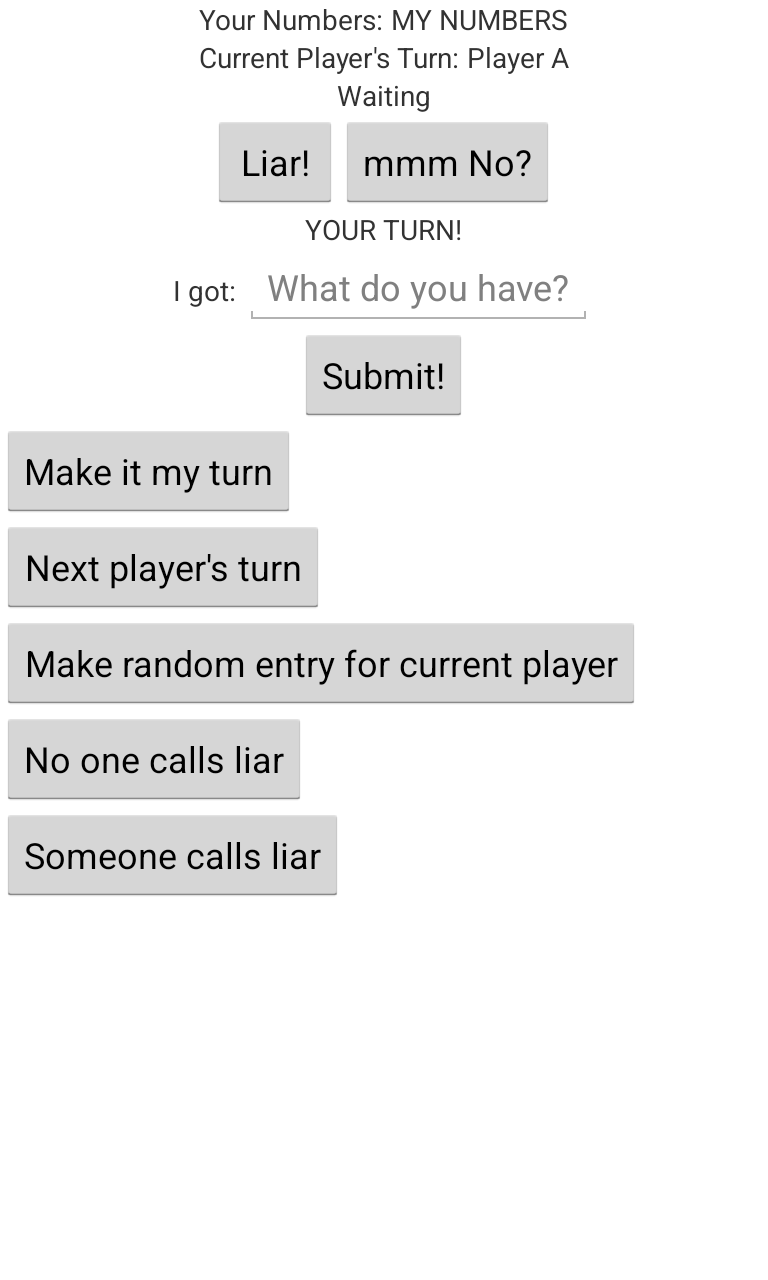
Repository: RayyLim/LiarPoker
Layout: LiarPoker/res/layout/gameroom_main.xml
An editor plug-in stored every save of this project. The layout is shown before and after the next save, followed by the edit.
It is drawn on a 768 x 1280 px phone screen (xhdpi) without system bars, with theme AppTheme; the app's code is not run.

Above is the layout before, as saved 2012-07-22 10:05:32.

### LiarPoker/res/layout/gameroom_main.xml
<?xml version="1.0" encoding="utf-8"?>
<LinearLayout xmlns:android="http://schemas.android.com/apk/res/android"
	android:layout_width="match_parent" android:layout_height="match_parent"
	android:orientation="vertical">

	<LinearLayout android:layout_width="wrap_content"
		android:layout_height="wrap_content"
		android:layout_gravity="center_horizontal">
		<TextView android:id="@+id/meLabel" android:layout_width="wrap_content"
			android:layout_height="wrap_content" android:text="Your Numbers: " />

		<TextView android:id="@+id/mynumbersLabel"
			android:layout_width="wrap_content" android:layout_height="wrap_content"
			android:text="MY NUMBERS" />
	</LinearLayout>

	<LinearLayout
	    android:id="@+id/notMyTurnLayout"
	    android:layout_width="wrap_content"
		android:layout_height="wrap_content"
		android:layout_gravity="center_horizontal"
		android:orientation="vertical"
	    >
	<LinearLayout android:layout_width="wrap_content"
		android:layout_height="wrap_content"
		android:layout_gravity="center_horizontal">
				<TextView
			android:layout_width="wrap_content" android:layout_height="wrap_content"
			android:text="Current Player's Turn: " />
		<TextView android:id="@+id/currentPlayerLabel"
			android:layout_width="wrap_content" android:layout_height="wrap_content"
			android:text="Player A" />



	</LinearLayout>
			<TextView android:id="@+id/currentPlayerHasLabel"
			android:layout_width="wrap_content" android:layout_height="wrap_content"
			android:text="Waiting"
			        android:layout_gravity="center_horizontal"
			        />



			<LinearLayout
			    android:layout_width="wrap_content"
			    android:layout_height="wrap_content"
			            android:layout_gravity="center_horizontal">
					<Button
			    android:id="@+id/liarButton"
			    android:layout_width="wrap_content"
			    android:layout_height="wrap_content"
			    android:text="Liar!"
			    />
								<Button
			    android:id="@+id/notLiarButton"
			    android:layout_width="wrap_content"
			    android:layout_height="wrap_content"
			    android:text="mmm No?" />
			</LinearLayout>
			</LinearLayout>

	<LinearLayout
	    android:id="@+id/myTurnLayout"
	    android:layout_gravity="center_horizontal"
	    android:layout_width="wrap_content"
	    android:layout_height="wrap_content"
	    android:orientation="vertical" >
			<TextView
			android:layout_width="wrap_content" android:layout_height="wrap_content"
			android:layout_gravity="center_horizontal"
			android:text="YOUR TURN!" />
				<LinearLayout
	    android:layout_width="wrap_content"
	    android:layout_height="wrap_content"
	    android:layout_gravity="center_horizontal"
	    android:orientation="horizontal" >
			<TextView
			android:layout_width="wrap_content" android:layout_height="wrap_content"

			android:text="I got: " />

			<EditText android:id="@+id/igot"
        android:layout_weight="1"
        android:layout_width="wrap_content"
        android:layout_height="wrap_content"
        android:hint="@string/igot_message" />
<!-- Make i got extend all the way. Also make it only take number inputs ... actually should be more restricted... 4 of 9 or something like that. Also need to make your turn stuff disappear when not my turn... -->
<!--  submit button should not be enabled.. until edit text is filled out... -->
	</LinearLayout>
				<Button
			    android:id="@+id/submitButton"
			    android:layout_width="wrap_content"
			    android:layout_height="wrap_content"
			    android:layout_gravity="center_horizontal"
			    android:text="Submit!"
			    android:onClick="submit"/>
	</LinearLayout>

			<Button
			    android:id="@+id/testMyTurn"
			    android:layout_width="wrap_content"
			    android:layout_height="wrap_content"
			    android:text="Make it my turn"
			    android:onClick="fakeMyTurn"/>

			<Button
			    android:id="@+id/testNextPlayerTurn"
			    android:layout_width="wrap_content"
			    android:layout_height="wrap_content"
			    android:text="Next player's turn"
			    android:onClick="fakeNewCurrentPlayer"
			    />


						<Button
			    android:id="@+id/testRandomEntryForPlayer"
			    android:layout_width="wrap_content"
			    android:layout_height="wrap_content"
			    android:text="Make random entry for current player"
			    android:onClick="fakeRandomCurrentPlayerHas"/>

												<Button
			    android:id="@+id/fakeNoOneCallsLiar"
			    android:layout_width="wrap_content"
			    android:layout_height="wrap_content"
			    android:text="No one calls liar"
			    android:onClick="fakeNoOneCallsLiar"/>

																								<Button
			    android:id="@+id/fakeSomeoneCallsLiar"
			    android:layout_width="wrap_content"
			    android:layout_height="wrap_content"
			    android:text="Someone calls liar"
			    android:onClick="fakeSomeoneCallsLiar"/>

</LinearLayout>

### LiarPoker/res/values/strings.xml
<resources>

    <string name="app_name">LiarPoker</string>
    <string name="hello_world">Hello world!</string>
    <string name="menu_settings">Settings</string>
    <string name="title_activity_main">MainActivity</string>
    <string name="button_send">SEND!</string>
<string name="liarpokertitle">Liar Poker</string>
<string name="button_joingame">Join Game</string>
<string name="enteryourname_message">Enter Your Name</string>
<string name="waiting">Waiting</string>
<string name="igot_message">What do you have?</string>
</resources>

Loaded but not shown: LiarPoker/res/values-v11/styles.xml (common file); LiarPoker/res/values-v14/styles.xml (common file); LiarPoker/res/values/styles.xml (common file)

After the next save:
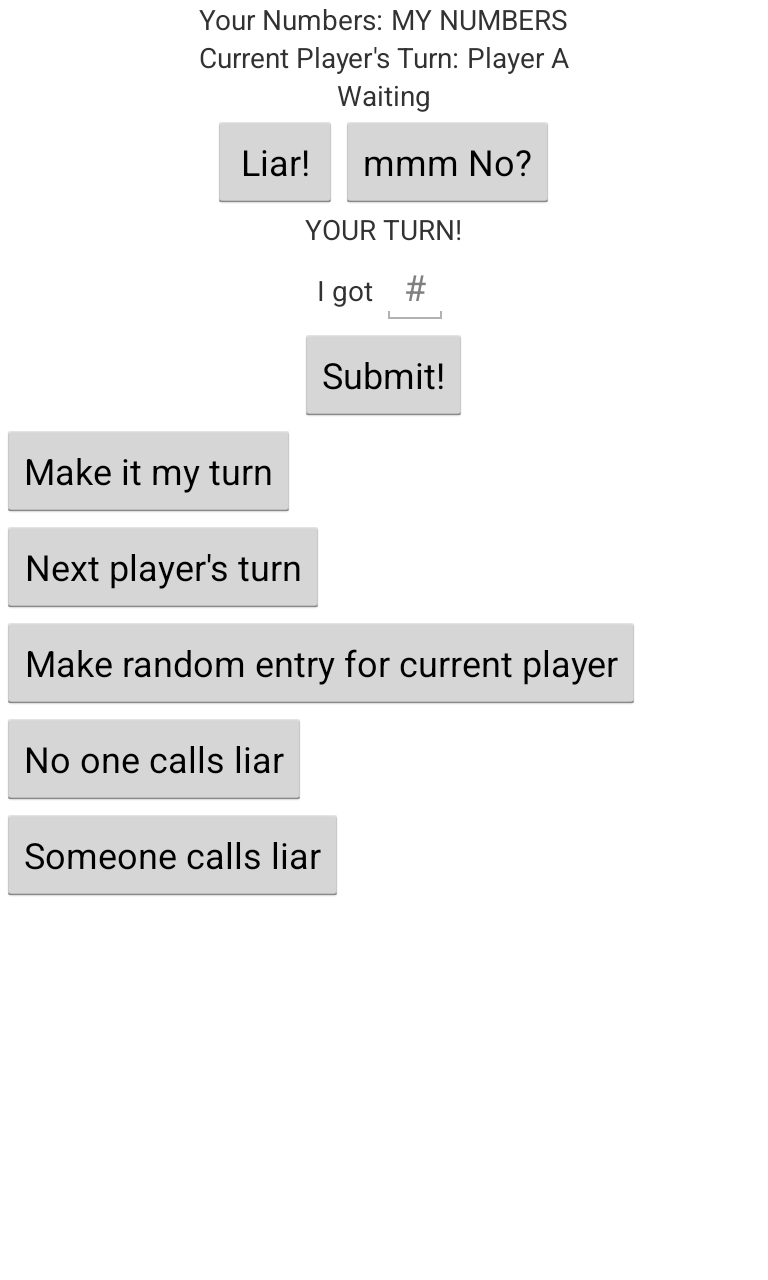
Saved 12 min 17 s later.
--- a/LiarPoker/res/layout/gameroom_main.xml
+++ b/LiarPoker/res/layout/gameroom_main.xml
@@ -78,13 +78,13 @@
 			<TextView
 			android:layout_width="wrap_content" android:layout_height="wrap_content"
 
-			android:text="I got: " />
+			android:text="I got " />
 
-			<EditText android:id="@+id/igot"
+			<EditText android:id="@+id/igotnumber"
         android:layout_weight="1"
         android:layout_width="wrap_content"
         android:layout_height="wrap_content"
-        android:hint="@string/igot_message" />
+        android:hint="#" />
 <!-- Make i got extend all the way. Also make it only take number inputs ... actually should be more restricted... 4 of 9 or something like that. Also need to make your turn stuff disappear when not my turn... -->
 <!--  submit button should not be enabled.. until edit text is filled out... -->
 	</LinearLayout>
